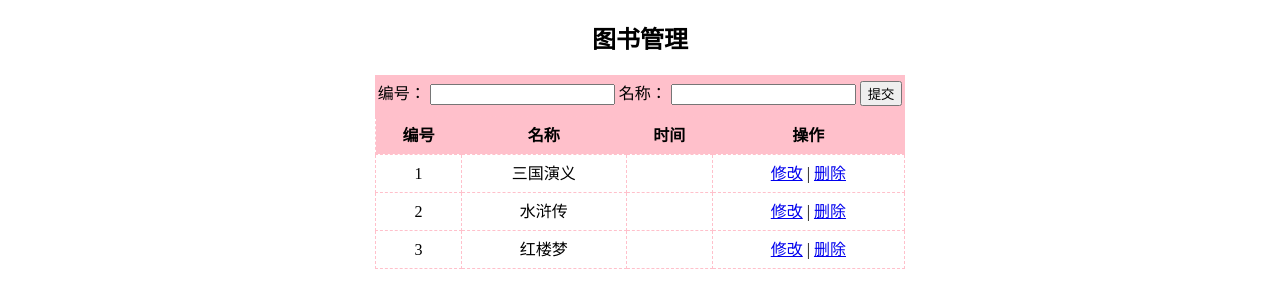
Repository: wjiawei97/FrontEndExercises
Page: 8. book_manegement/index.html
The author's editor kept a copy of each file at every save. The page is drawn from the files as they stood at one save, then again after the next save.
The browser window is 1280 px wide. The pictures show the whole page.

Above is the page before, as saved 2021-08-22 12:29:08.

After the next save:
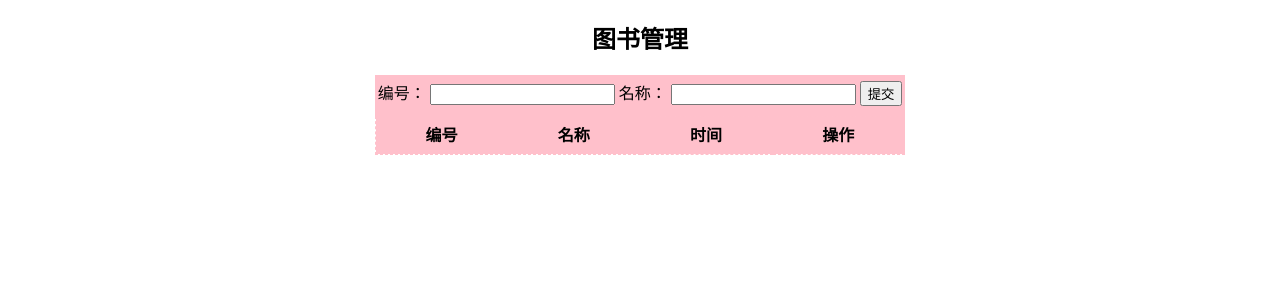
Saved 119 s later.
--- a/8. book_manegement/index.html
+++ b/8. book_manegement/index.html
@@ -39,7 +39,7 @@
                     <input type="text" id="id" v-model='id'>
                     <label for="name">名称：</label>
                     <input type="text" id="name" v-model='name'>
-                    <button @click='submit'>提交</button>
+                    <button @click='handle'>提交</button>
                 </div>
             </div>
             <table>
@@ -73,7 +73,7 @@
             data:{
                 id:'',
                 name:'',
-                list:[{
+                books:[{
                     id:1,
                     name:'三国演义',
                     date:''
@@ -88,12 +88,13 @@
                 }]
             },
             methods:{
-                submit:function(){
-                    var book={}
-                    book.id=this.id
-                    book.name=this.name
+                handle:function(){
+                    var book={};
+                    book.id=this.id;
+                    book.name=this.name;
+                    book.date='';
                     console.log(this.id);
-                    this.list.push(book)
+                    this.book.push(book);
                 }
             }
         })

After the save that followed:
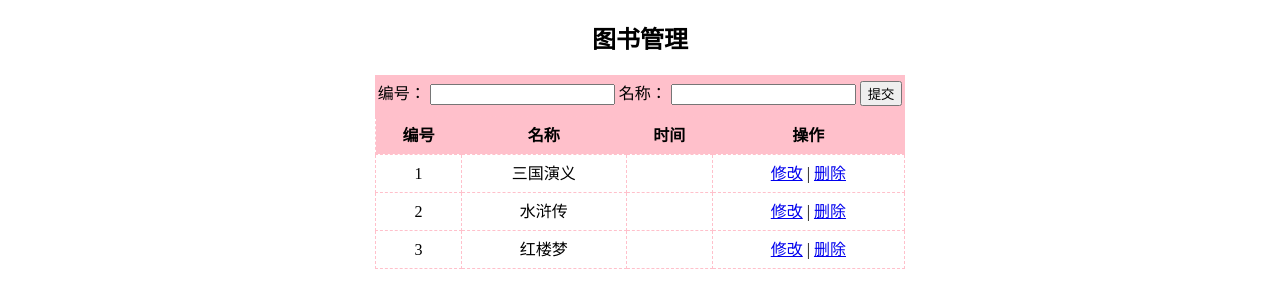
Saved 21 s later.
--- a/8. book_manegement/index.html
+++ b/8. book_manegement/index.html
@@ -52,7 +52,7 @@
                     </tr>
                 </thead>
                 <tbody>
-                    <tr :key="item.id" v-for='(item,index) in list'>
+                    <tr :key="item.id" v-for='(item,index) in books'>
                         <td>{{item.id}}</td>
                         <td>{{item.name}}</td>
                         <td>{{item.date}}</td>
@@ -94,7 +94,7 @@
                     book.name=this.name;
                     book.date='';
                     console.log(this.id);
-                    this.book.push(book);
+                    this.books.push(book);
                 }
             }
         })
